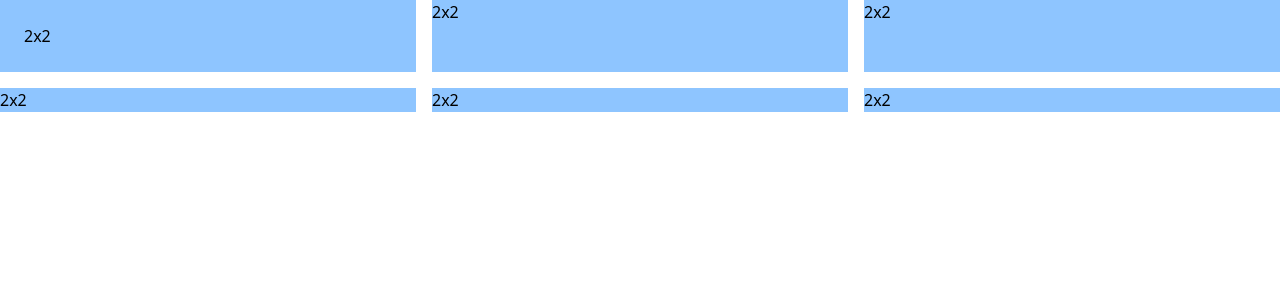
Repository: Abdulahi338/TailwindCss-exercise
Page: Exercise3/index.html
The author's editor kept a copy of each file at every save. The page is drawn from the files as they stood at one save, then again after the next save.
The browser window is 1280 px wide. The pictures show the whole page.

Above is the page before, as saved 2025-07-27 18:03:01.

### Exercise3/index.html
<!DOCTYPE html>
<html lang="en">
<head>
    <meta charset="UTF-8">
    <meta name="viewport" content="width=device-width, initial-scale=1.0">
        <script src="https://cdn.jsdelivr.net/npm/@tailwindcss/browser@4"></script>

    <title>Exercise 2</title>
</head>
<body>

    <div class="grid grid-cols-3 grid-rwos-3 gap-4">
        <div class="bg-blue-300 p-6">2x2</div>
        <div class="bg-blue-300">2x2</div>
        <div class="bg-blue-300">2x2</div>
        <div class="bg-blue-300">2x2</div>
        <div class="bg-blue-300">2x2</div>
        <div class="bg-blue-300">2x2</div>
    </div>


</body>
</html>

After the next save:
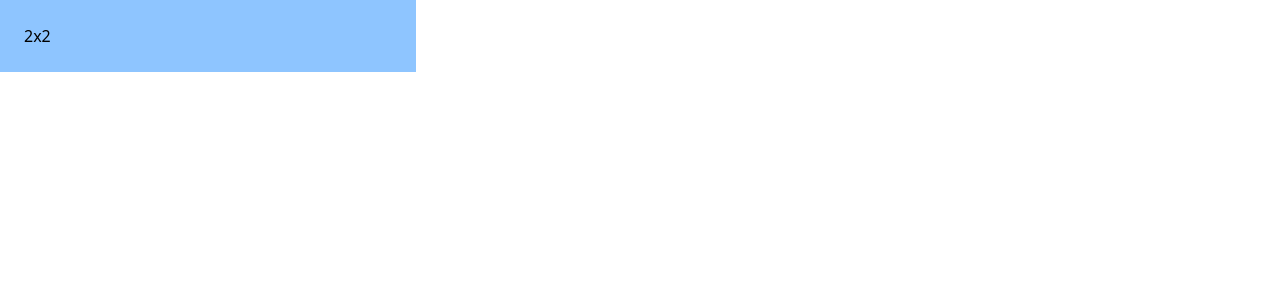
Saved 9 s later.
--- a/Exercise3/index.html
+++ b/Exercise3/index.html
@@ -11,11 +11,7 @@
 
     <div class="grid grid-cols-3 grid-rwos-3 gap-4">
         <div class="bg-blue-300 p-6">2x2</div>
-        <div class="bg-blue-300">2x2</div>
-        <div class="bg-blue-300">2x2</div>
-        <div class="bg-blue-300">2x2</div>
-        <div class="bg-blue-300">2x2</div>
-        <div class="bg-blue-300">2x2</div>
+
     </div>
 
 
